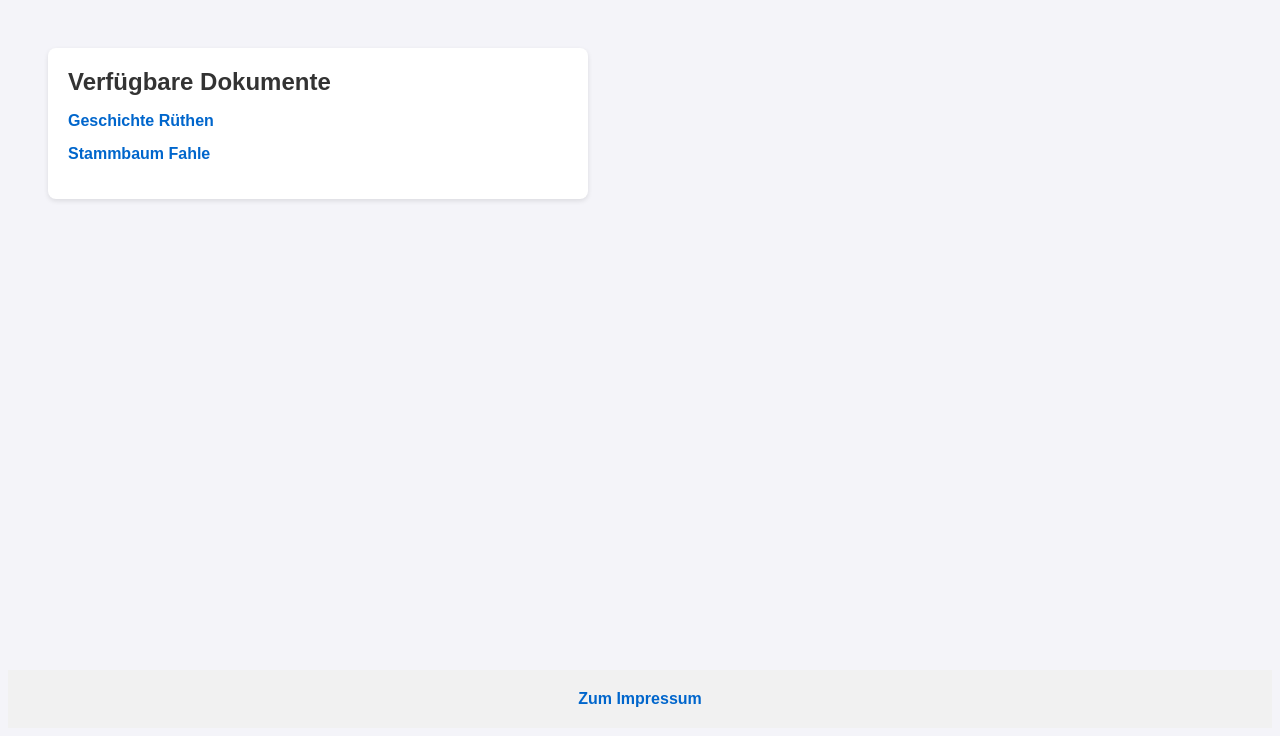
Repository: h-fahle/h-fahle.github.io
Page: index.html
These files come from the project's save history. The page is drawn as it stood at one moment and after the next save; the edit follows.
The browser window is 1280 px wide. The pictures show the whole page.

Above is the page before, as saved 2026-05-24 11:01:03.

After the next save:
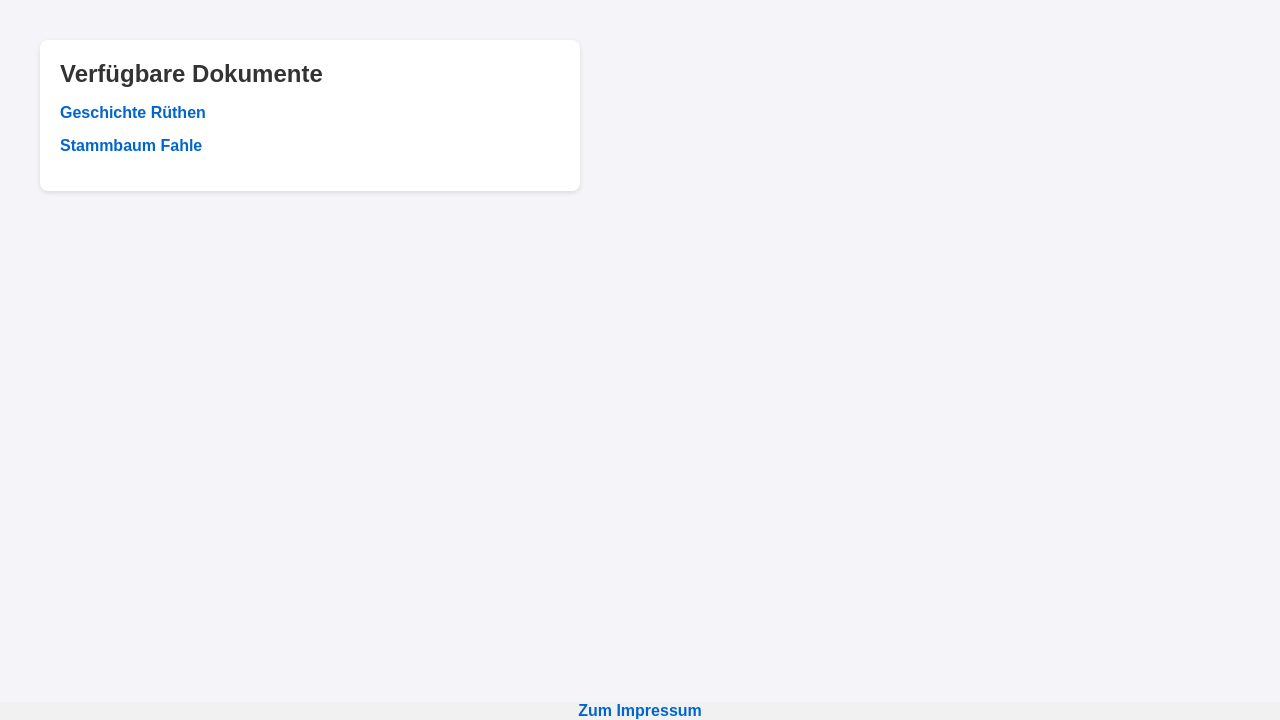
Saved 2 min 48 s later.
--- a/index.html
+++ b/index.html
@@ -6,6 +6,7 @@
     <title>Dokumentenübersicht</title>
     <style>
         body {
+            margin: 0;
             font-family: Arial, sans-serif;
             display: flex;
             flex-direction: column;
@@ -15,7 +16,6 @@
         }
         footer {
             margin-top: auto; /* Drückt den Footer an den unteren Rand */
-            padding: 20px;
             background-color: #f1f1f1;
             text-align: center;
         }
